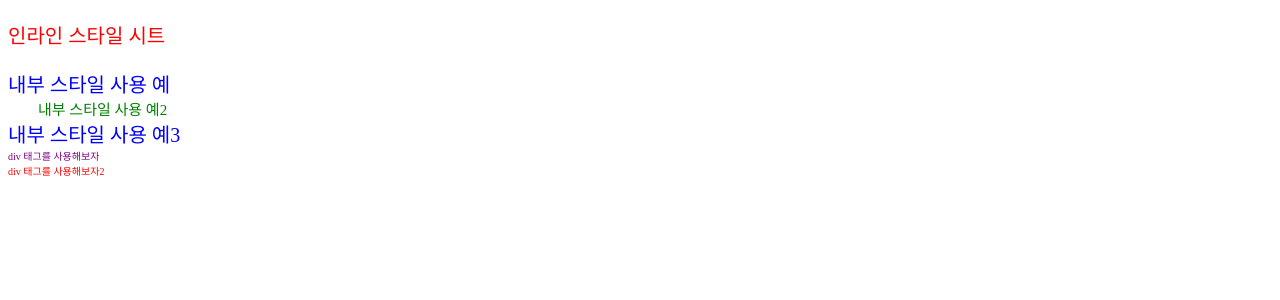
Repository: salee1023/JSP_Practice
Page: HTML_CSS_JS_practice01/src/main/webapp/CSS.htm
An editor plug-in stored every save of this project. The page is shown before and after the next save, followed by the edit.
The browser window is 1280 px wide. The pictures show the whole page.

Above is the page before, as saved 2021-08-16 14:23:13.

### HTML_CSS_JS_practice01/src/main/webapp/CSS.htm
<!DOCTYPE html>
<html>
<head>
<meta charset="UTF-8">
<title>CSS_test</title>
<style type="text/css">
	span {color:blue; font-size:20px; font-family:돋움;}
	.sp02 {color:green; font-size:15px; font-family:돋움; margin-left:30px;}

	div {color:red; font-size:10px;}
	#one {color:purple;}
</style>
<link rel="stylesheet" type="text/css" href="css_demo.css">
</head>
<body>
	<!-- CSS (Cascading Style Sheet) 사용시 장점
		- 코드의 관리나 수정이 용이함
		- 웹페이지 로딩 속도가 빨라짐
		- 웹페이지를 제작하는 시간을 줄일 수 있음
	 -->

 	<!-- 1.인라인 스타일 시트 -->
 	<p style="color:red; font-size:20px; font-family:돋움">인라인 스타일 시트</p>

 	<!-- 2.내부 스타일 시트
 		<head>태그 사이에 스타일을 정의하는 방식
 		<style type="text/css">
 			셀렉터 {속성:속성값; 속성:속성값; ...}
 		</style>
 	-->
 	<span>내부 스타일 사용 예</span><br>
 	<span class="sp02">내부 스타일 사용 예2</span><br>
 	<span>내부 스타일 사용 예3</span><br>
 	<div id="one">div 태그를 사용해보자</div>
 	<div>div 태그를 사용해보자2</div>

 	<!-- 3.외부 스타일 시트
 		스타일시트 파일을 css확장자로 만들어서 이 파일을 html페이지로 호출하여 사용하는 방식
 		호출하는 방식
 		<head>
 			<link rel="stylesheet" type="text/css" href="파일이름.css">
 		</head>
 	-->

</body>
</html>

### HTML_CSS_JS_practice01/src/main/webapp/css_demo.css
@charset "UTF-8";
p.css01 {
	color: grey;
	font-family: 궁서;
	font-weight: bold;
}

After the next save:
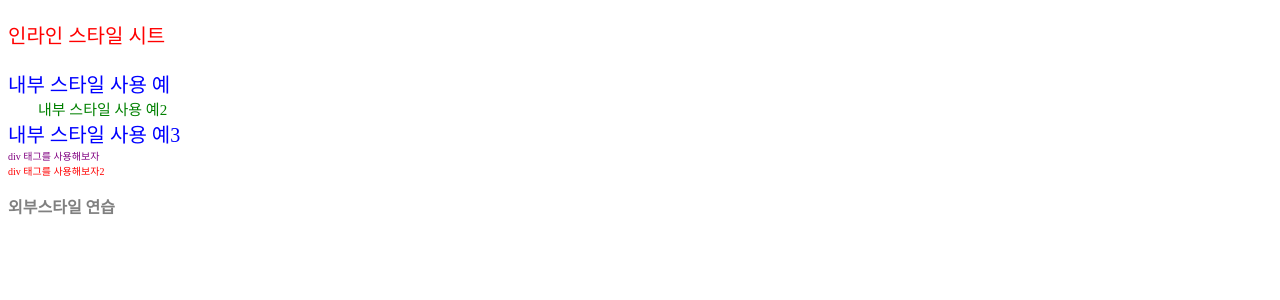
Saved 16 s later.
--- a/HTML_CSS_JS_practice01/src/main/webapp/CSS.htm
+++ b/HTML_CSS_JS_practice01/src/main/webapp/CSS.htm
@@ -41,6 +41,7 @@
  			<link rel="stylesheet" type="text/css" href="파일이름.css">
  		</head>
  	-->
+ 	<p class="css01">외부스타일 연습</p>
 
 </body>
 </html>
